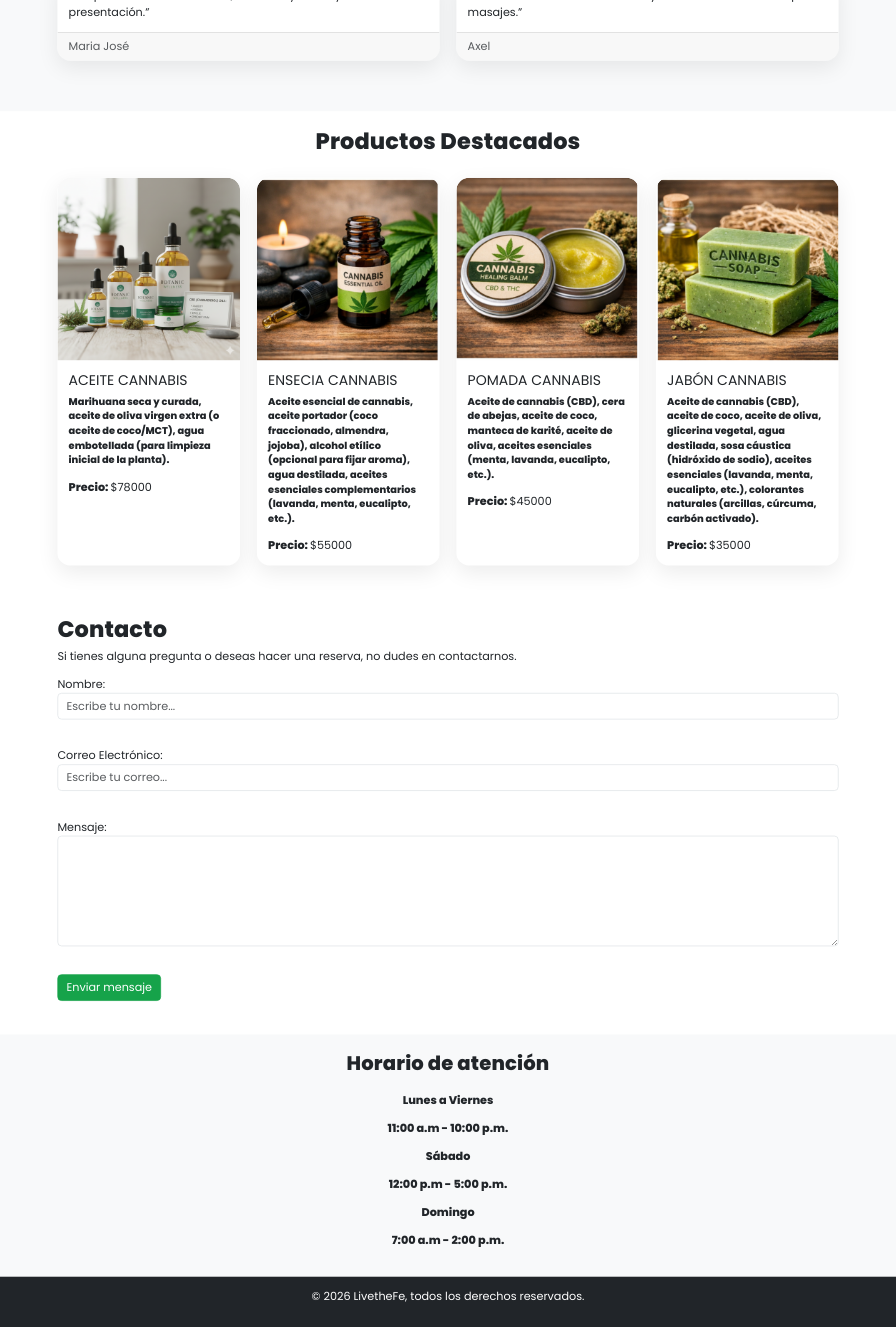
Repository: salextros/livethefe_delivery
Page: http://localhost/homework_sena/
An editor plug-in stored every save of this project. The page is shown before and after the next save, followed by the edit.
The browser window is 1280 px wide. The pictures show the part of the page from y = 1877 to 3797 px (the page is 3773 px tall before and 3797 px after), at 70% of full size.
The page is run by PHP 8.4 with error messages shown; the project is at /var/www/html/. The database holds what the project's SQL file puts in it.

Above is the page before, as saved 2026-02-26 08:18:15.

### index.php
<?php
include("admin/bd.php");

$sentencia = $conexion->prepare("SELECT * FROM tbl_banners ORDER BY id DESC limit 1 ");
$sentencia->execute();
$lista_banners = $sentencia->fetchAll(PDO::FETCH_ASSOC);

$sentencia = $conexion->prepare("SELECT * FROM tbl_colaboradores ORDER BY id DESC limit 3 ");
$sentencia->execute();
$lista_colaboradores = $sentencia->fetchAll(PDO::FETCH_ASSOC);

$sentencia = $conexion->prepare("SELECT * FROM tbl_testimonios ORDER BY id DESC limit 2 ");
$sentencia->execute();
$lista_testimonios = $sentencia->fetchAll(PDO::FETCH_ASSOC);

$sentencia = $conexion->prepare("SELECT * FROM tbl_menu ORDER BY id DESC limit 4 ");
$sentencia->execute();
$lista_menu = $sentencia->fetchAll(PDO::FETCH_ASSOC);

if ($_POST) {


    $nombre = strip_tags($_POST["nombre"]);
    $correo = filter_var($_POST["correo"], FILTER_SANITIZE_EMAIL);
    $mensaje = strip_tags($_POST["mensaje"]);

    if ($nombre && $correo && $mensaje) {

        $sql = "INSERT INTO
            tbl_comentarios (nombre, correo, mensaje)
            VALUES(:nombre, :correo, :mensaje)";

        $resultados = $conexion->prepare($sql);
        $resultados->bindParam(":nombre", $nombre, PDO::PARAM_STR);
        $resultados->bindParam(":correo", $correo, PDO::PARAM_STR);
        $resultados->bindParam(":mensaje", $mensaje, PDO::PARAM_STR);
        $resultados->execute();
    }
    header("Location:index.php");
}

?>

<!doctype html>
<html lang="en">

<head>
    <title>Title</title>
    <!-- Required meta tags -->
    <meta charset="utf-8" />
    <meta
        name="viewport"
        content="width=device-width, initial-scale=1, shrink-to-fit=no" />

    <!-- Bootstrap CSS v5.2.1 -->
    <link
        href="https://cdn.jsdelivr.net/npm/bootstrap@5.3.2/dist/css/bootstrap.min.css" rel="stylesheet"
        integrity="sha384-T3c6CoIi6uLrA9TneNEoa7RxnatzjcDSCmG1MXxSR1GAsXEV/Dwwykc2MPK8M2HN" crossorigin="anonymous" />

    <link
        rel="stylesheet"
        href="https://cdnjs.cloudflare.com/ajax/libs/font-awesome/6.4.2/css/all.min.css"
        crossorigin="anonymous"
        referrerpolicy="no-referrer" />

    <!-- Fuente (Google Fonts) -->
    <link rel="preconnect" href="https://fonts.googleapis.com">
    <link rel="preconnect" href="https://fonts.gstatic.com" crossorigin>
    <link href="https://fonts.googleapis.com/css2?family=Poppins:wght@400;600;800&display=swap" rel="stylesheet">

    <!-- Estilos del proyecto -->
    <link rel="stylesheet" href="style.css">

</head>

<body>

    <!-- SECCION DE MENÚ NAVEGACIÓN -->

    <nav id="inicio" class="navbar navbar-expand-lg navbar-dark bg-dark">
        <div class="container">
            <a class="navbar-brand" href="#"> <i class="fas fa-seedling"></i> LivetheFe </a>

            <button class="navbar-toggler" type="button" data-bs-toggle="collapse" data-bs-target="#navbarNav" aria-controls="navbarNav" aria-expanded="false" aria-label="Toggle navigation">
                <span class="navbar-toggler-icon"></span>
            </button>

            <div class="collapse navbar-collapse" id="navbarNav">
                <ul class="nav navbar-nav ms-auto">

                    <li class="nav-item">
                        <a class="nav-link" href="#inicio">Inicio</a>
                    </li>

                    </li>
                    <li class="nav-item">
                        <a class="nav-link" href="#menu">Productos Destacados</a>
                    </li>

                    </li>
                    <li class="nav-item">
                        <a class="nav-link" href="#chefs">Nuestro equipo</a>
                    </li>

                    </li>
                    <li class="nav-item">
                        <a class="nav-link" href="#testimonio">Testimonios de Nuestros Clientes</a>
                    </li>

                    </li>
                    <li class="nav-item">
                        <a class="nav-link" href="#contacto">Contacto</a>
                    </li>

                    <li class="nav-item">
                        <a class="nav-link" href="#horario">Horarios</a>
                    </li>
                    <li class="nav-item ms-2">
                        <a class="btn btn-outline-light btn-sm" href="admin/login.php">
                            <i class="fas fa-user-shield"></i> Admin
                        </a>
                    </li>

                </ul>
            </div>
        </div>
    </nav>

    <!-- SECCION DEL BANNER -->

    <section class="container-fluid p-0">
        <div class="banner-img" style="position:relative; background:url('images/cannabis.jpg') center/cover no-repeat; height: 700px;">

            <div class="banner-text" style="position: absolute; top:50%; left:50%; transform: translate(-50%, -50%); color:#fff;text-align:center; font-family: 'Poppins', sans-serif;">

                <?php foreach ($lista_banners as $banner) {
                ?>

                    <h1><?php echo $banner["titulo"]; ?></h1>
                    <p><?php echo $banner["descripcion"]; ?></p>
                    <a href="<?php echo $banner["link"]; ?>" class="btn btn-primary">Ver Productos</a>
                <?php } ?>

            </div>
        </div>
    </section>

    <section id="id" class="container mt-4 text-center">

        <div class="jumbotron bg-dark text-white">

            <br />
            <h2>¡Bienvenid@ a LiveTheFe!</h2>
            <p>Prototipo educativo para control y trazabilidad</p>
            <p>(lotes, etapas y bitácora con evidencias)</p>
            <br />
        </div>
    </section>

    <!-- SECCION DE CHEFST -->

    <section id="chefs" class="container mt-4 text-center">
        <h2>Nuestro Equipo</h2>
        <div class="row">


            <!-- ==================================================================================================================================== -->
            <?php foreach ($lista_colaboradores as $colaborador) { ?>

                <div class="col-md-4"><!-- INICIO_1 -->
                    <div class="card">
                        <img src="images/colaboradores/<?php echo $colaborador["foto"]; ?>"
                            class="card-img-top"
                            alt="Chef 1" />

                        <div class="card-body">
                            <h5 class="card-title"><?php echo $colaborador["titulo"]; ?></h5>
                            <p class="card-text"><?php echo $colaborador["descripcion"]; ?></p>
                            <div class="social-icons mt-3">
                                <a href="<?php echo $colaborador["linkfacebook"]; ?>" class="text-dark m-2"><i class="fab fa-facebook"></i></a>
                                <a href="<?php echo $colaborador["linkinstagram"]; ?>" class="text-dark m-2"><i class="fab fa-instagram"></i></a>
                                <a href="<?php echo $colaborador["linklinkedin"]; ?>" class="text-dark m-2"><i class="fab fa-linkedin"></i></a>
                            </div>
                        </div>
                    </div>
                </div><!-- FINAL_1 -->

            <?php } ?>
            <!-- ==================================================================================================================================== -->
        </div>
    </section>

    <!-- SECCION DE TESTIMONIO -->

    <section id="testimonio" class="bg-light py-5">
        <div class="container">
            <h2 class="tex-center mb-4"> Testimonios de Nuestros Clientes </h2>

            <div class="row">

                <?php foreach ($lista_testimonios as $testimonio) { ?>

                    <div class="col-md-6 d-flex">
                        <div class="card mb-4 w-100">
                            <div class="card-body">
                                <p class="card-text"> <?php echo $testimonio["opinion"]; ?> </p>
                            </div>
                            <div class="card-footer text-muted">
                                <?php echo $testimonio["nombre"]; ?>
                            </div>
                        </div>
                    </div>

                <?php } ?>

            </div>
        </div>
    </section>

    <!-- SECCION DEL MENU COMIDA -->

    <section id="menu" class="container mt-4">
        <h2 class="text-center"> Productos Destacados </h2>
        <br />
        <div class="row row-cols-1 row-cols-md-4 g-4">

            <?php foreach ($lista_menu as $registro) { ?>
                <div class="col d-flex">
                    <div class="card">
                        <img src="images/menu/<?php echo $registro["foto"]; ?>" alt="Tortillas de maiz con carne y frijoles negros" class="card-img-top">
                        <div class="card-body">
                            <h5 class="card-title"> <?php echo $registro["nombre"]; ?> </h5>
                            <p class="card-text small"><strong><?php echo $registro["ingredientes"]; ?></strong></p>
                            <p class="card-text"><strong> Precio: </strong><?php echo $registro["precio"]; ?> </p>
                        </div>
                    </div>
                </div>
            <?php } ?>

        </div>
    </section>
    <br />
    <br />

    <!-- SECCION DE CONTACTO -->

    <section id="contacto" class="container mt-4">

        <h2>Contacto</h2>
        <p>Si tienes alguna pregunta o deseas hacer una reserva, no dudes en contactarnos.</p>

        <form action="?" method="post">

            <div class="mb-3">
                <label for="name">Nombre:</label><br>
                <input type="text" class="form-control" name="nombre" placeholder="Escribe tu nombre..." required><br />
            </div>

            <div class="mb-3">
                <label for="email">Correo Electrónico:</label><br />
                <input type="email" class="form-control" name="correo" placeholder="Escribe tu correo..." required><br />
            </div>

            <div class="mb-3">
                <label for="message">Mensaje:</label><br />
                <textarea id="message" class="form-control" name="mensaje" rows="6" cols="50"></textarea><br />
            </div>
            <input type="submit" class="btn btn-primary" value="Enviar mensaje">

        </form>

    </section>
    <br /><br />

    <!-- SECCION DE HORARIO -->
    <div id="horario" class="text-center bg-light p-4">
        <h3 class="mb-4">Horario de atención</h3>

        <div>
            <p> <strong> Lunes a Viernes</strong> </p>
            <p> <strong> 11:00 a.m - 10:00 p.m. </strong></p>
        </div>

        <div>
            <p> <strong> Sábado</strong> </p>
            <p> <strong> 12:00 p.m - 5:00 p.m. </strong></p>
        </div>

        <div>
            <p> <strong>Domingo</strong> </p>
            <p> <strong> 7:00 a.m - 2:00 p.m. </strong></p>
        </div>

    </div>


    <footer class="bg-dark text-white text-center py-3">
        <!-- place footer here -->

        <p> &copy; 2026 LivetheFe, todos los derechos reservados.</p>

    </footer>
    <!-- Bootstrap JavaScript Libraries -->
    <script
        src="https://cdn.jsdelivr.net/npm/@popperjs/core@2.11.8/dist/umd/popper.min.js"
        integrity="sha384-I7E8VVD/ismYTF4hNIPjVp/Zjvgyol6VFvRkX/vR+Vc4jQkC+hVqc2pM8ODewa9r"
        crossorigin="anonymous"></script>

    <script
        src="https://cdn.jsdelivr.net/npm/bootstrap@5.3.2/dist/js/bootstrap.min.js"
        integrity="sha384-BBtl+eGJRgqQAUMxJ7pMwbEyER4l1g+O15P+16Ep7Q9Q+zqX6gSbd85u4mG4QzX+"
        crossorigin="anonymous"></script>
</body>

</html>

### admin/bd.php
<?php

$servidor="localhost";
$baseDatos="livethefe";
$usuario="root";
$contraseña="";

try{

    $conexion=new PDO("mysql:host=$servidor;dbname=$baseDatos",$usuario,$contraseña);


}catch(Exception $error){
    echo $error ->getMessage();
}

?>

### style.css
:root{
  --ltf-brand: #16a34a; /* verde tipo salud */
  --ltf-dark: #0b1220;
}

/* Tipografía global */
html, body{
  font-family: 'Poppins', system-ui, -apple-system, 'Segoe UI', Roboto, Arial, sans-serif;
}

/* Navbar */
.navbar-brand{
  font-weight: 700;
  letter-spacing: .3px;
}

/* Banner */
.banner-img{
  position: relative;
  min-height: 700px;
}

/* Overlay para que el texto se lea */
.banner-img::before{
  content: '';
  position: absolute;
  inset: 0;
  background: rgba(0,0,0,.50);
}

.banner-text{
  z-index: 2;
  padding: 18px 22px;
  border-radius: 18px;
  background: rgba(0,0,0,.25);
  border: 1px solid rgba(255,255,255,.12);
  backdrop-filter: blur(6px);
}

.banner-text h1{
  font-weight: 800;
  font-size: clamp(2.2rem, 4vw, 4rem);
  margin-bottom: .35rem;
  text-shadow: 0 10px 24px rgba(0,0,0,.65);
}

.banner-text p{
  font-size: clamp(1rem, 1.5vw, 1.25rem);
  margin-bottom: 1rem;
  text-shadow: 0 8px 18px rgba(0,0,0,.65);
}

/* Botón principal con color de marca */
.btn.btn-primary{
  background-color: var(--ltf-brand);
  border-color: var(--ltf-brand);
}
.btn.btn-primary:hover{
  filter: brightness(.95);
}

/* Secciones */
section{ scroll-margin-top: 80px; }

/* Cards (equipo y productos) */
.card{
  border: 0;
  border-radius: 18px;
  box-shadow: 0 10px 30px rgba(0,0,0,.08);
  overflow: hidden;
}
.card:hover{
  transform: translateY(-2px);
  transition: .2s ease;
}

.card-img-top{
  width: 100%;
  height: auto;
  border-top-left-radius: 18px;
  border-top-right-radius: 18px;
}

/* Encabezados */
h2, h3{
  font-weight: 800;
  letter-spacing: .2px;
}

/* Bloque bienvenida (jumbotron) */
.jumbotron{
  border-radius: 18px;
  padding: 28px 18px;
}

/* Footer */
footer{
  background: #111827;
}

### livethefe.sql (the tables this page reads)
CREATE TABLE `tbl_banners` (
  `ID` int(11) NOT NULL,
  `titulo` varchar(255) NOT NULL,
  `descripcion` varchar(255) NOT NULL,
  `link` varchar(255) NOT NULL
) ENGINE=InnoDB DEFAULT CHARSET=utf8mb4 COLLATE=utf8mb4_general_ci;

INSERT INTO `tbl_banners` (`ID`, `titulo`, `descripcion`, `link`) VALUES
(2, 'LiveTheFe', 'Sistema de trazabilidad y control para producción', '#menu');

ALTER TABLE `tbl_banners`
  ADD PRIMARY KEY (`ID`);

ALTER TABLE `tbl_banners`
  MODIFY `ID` int(11) NOT NULL AUTO_INCREMENT, AUTO_INCREMENT=9;

CREATE TABLE `tbl_colaboradores` (
  `ID` int(11) NOT NULL,
  `titulo` varchar(255) NOT NULL,
  `descripcion` varchar(255) NOT NULL,
  `linkfacebook` varchar(255) NOT NULL,
  `linkinstagram` varchar(255) NOT NULL,
  `linklinkedin` varchar(255) NOT NULL,
  `foto` varchar(255) NOT NULL
) ENGINE=InnoDB DEFAULT CHARSET=utf8mb4 COLLATE=utf8mb4_general_ci;

INSERT INTO `tbl_colaboradores` (`ID`, `titulo`, `descripcion`, `linkfacebook`, `linkinstagram`, `linklinkedin`, `foto`) VALUES
(24, 'Operario de cannabis', 'Encargado de apoyar en el cultivo y procesamiento de la planta bajo normas legales y de calidad. Sus funciones incluyen el cuidado de los cultivos, la cosecha, el mantenimiento de espacios de trabajo y el cumplimiento de protocolos de seguridad.        ', 'https://www.facebook.com/ProyectoTime', 'https://www.instagram.com/time_codeman/?hl=es-la', 'https://www.linkedin.com/in/samir-alexander-trochez-secue-20b9aa1b6/', '1772028295_OPERARIO.png'),
(25, 'QUIMIC@', 'Profesional en química especializada en el estudio y aplicación de compuestos derivados del cannabis. Con experiencia en investigación, desarrollo de productos y control de calidad, su enfoque se centra en garantizar procesos responsables y seguros, promo', 'https://www.facebook.com/ProyectoTime', 'https://www.instagram.com/time_codeman/?hl=es-la', 'https://www.linkedin.com/in/samir-alexander-trochez-secue-20b9aa1b6/', '1772029526_QUIMICA.png'),
(26, 'INGENIERO DE DATOS', 'Ingeniero de datos especializado en la industria del cannabis, con experiencia en el diseño de arquitecturas de información, análisis avanzado y gestión de grandes volúmenes de datos. Su trabajo se centra en transformar información científica y de mercado', 'https://www.facebook.com/ProyectoTime', 'https://www.instagram.com/time_codeman/?hl=es-la', 'https://www.linkedin.com/in/samir-alexander-trochez-secue-20b9aa1b6/', '1772029645_INGE_DATOS.png');

ALTER TABLE `tbl_colaboradores`
  ADD PRIMARY KEY (`ID`);

ALTER TABLE `tbl_colaboradores`
  MODIFY `ID` int(11) NOT NULL AUTO_INCREMENT, AUTO_INCREMENT=27;

CREATE TABLE `tbl_menu` (
  `ID` int(11) NOT NULL,
  `nombre` varchar(255) NOT NULL,
  `ingredientes` varchar(255) NOT NULL,
  `foto` varchar(255) NOT NULL,
  `precio` varchar(255) NOT NULL
) ENGINE=InnoDB DEFAULT CHARSET=utf8mb4 COLLATE=utf8mb4_general_ci;

INSERT INTO `tbl_menu` (`ID`, `nombre`, `ingredientes`, `foto`, `precio`) VALUES
(15, 'JABÓN CANNABIS', 'Aceite de cannabis (CBD), aceite de coco, aceite de oliva, glicerina vegetal, agua destilada, sosa cáustica (hidróxido de sodio), aceites esenciales (lavanda, menta, eucalipto, etc.), colorantes naturales (arcillas, cúrcuma, carbón activado).', '1772034108_JABON_CANNABIS.png', '$35000'),
(16, 'POMADA CANNABIS', 'Aceite de cannabis (CBD), cera de abejas, aceite de coco, manteca de karité, aceite de oliva, aceites esenciales (menta, lavanda, eucalipto, etc.).', '1772034250_POMADA.png', '$45000'),
(17, 'ENSECIA CANNABIS', 'Aceite esencial de cannabis, aceite portador (coco fraccionado, almendra, jojoba), alcohol etílico (opcional para fijar aroma), agua destilada, aceites esenciales complementarios (lavanda, menta, eucalipto, etc.).', '1772034369_ENSENCIA_2.png', '$55000'),
(18, 'ACEITE CANNABIS', 'Marihuana seca y curada, aceite de oliva virgen extra (o aceite de coco/MCT), agua embotellada (para limpieza inicial de la planta).', '1772034639_ACEITE_CANNABIS.png', '$78000');

ALTER TABLE `tbl_menu`
  ADD PRIMARY KEY (`ID`);

ALTER TABLE `tbl_menu`
  MODIFY `ID` int(11) NOT NULL AUTO_INCREMENT, AUTO_INCREMENT=19;

CREATE TABLE `tbl_testimonios` (
  `ID` int(11) NOT NULL,
  `opinion` varchar(255) NOT NULL,
  `nombre` varchar(255) NOT NULL
) ENGINE=InnoDB DEFAULT CHARSET=utf8mb4 COLLATE=utf8mb4_general_ci;

INSERT INTO `tbl_testimonios` (`ID`, `opinion`, `nombre`) VALUES
(9, '“La pomada me ayudó muchísimo con la tensión muscular. Muy recomendada.”', 'anonimo'),
(10, '“El aceite tiene excelente aroma y calidad. Lo uso a diario para masajes.”', 'Axel'),
(11, '“Los productos son naturales, efectivos y de muy buena presentación.”', 'Maria José');

ALTER TABLE `tbl_testimonios`
  ADD PRIMARY KEY (`ID`);

ALTER TABLE `tbl_testimonios`
  MODIFY `ID` int(11) NOT NULL AUTO_INCREMENT, AUTO_INCREMENT=12;

After the next save:
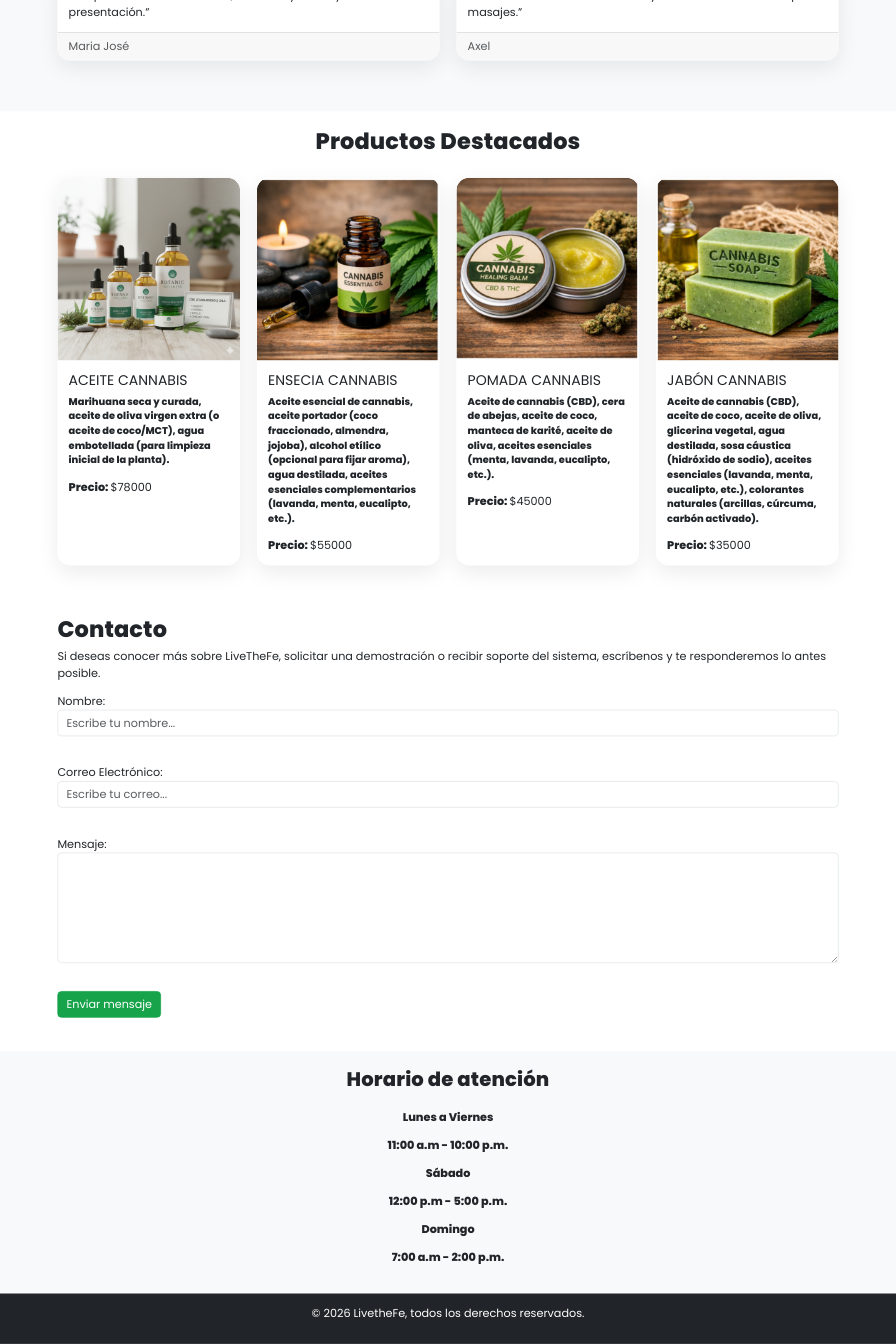
Saved 9 min 45 s later.
--- a/index.php
+++ b/index.php
@@ -247,7 +247,8 @@ if ($_POST) {
     <section id="contacto" class="container mt-4">
 
         <h2>Contacto</h2>
-        <p>Si tienes alguna pregunta o deseas hacer una reserva, no dudes en contactarnos.</p>
+        <p>Si deseas conocer más sobre LiveTheFe, solicitar una demostración o recibir soporte del sistema, escríbenos y
+        te responderemos lo antes posible.</p>
 
         <form action="?" method="post">
 
